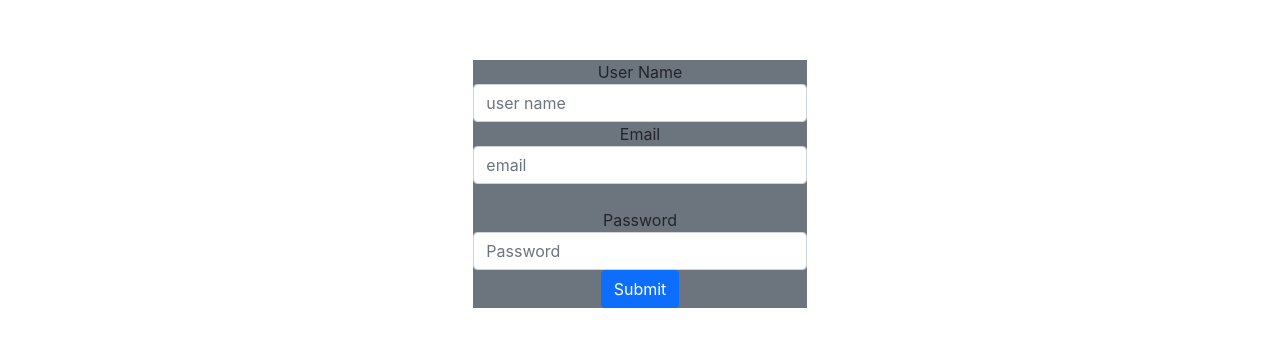
Repository: Osomhe1/bitmama2
Page: /
The author's editor kept a copy of each file at every save. The page is drawn from the files as they stood at one save, then again after the next save.
The browser window is 1280 px wide. The pictures show the whole page.
The project was rebuilt for these pictures with package versions that can differ from the ones it lists, and the page was loaded fresh each time. Also part of the build but not shown: src/component/Logout.js.

Above is the page before, as saved 2022-05-10 18:41:18.

### src/index.js
import React from 'react';
import ReactDOM from 'react-dom/client';
import 'bootstrap/dist/css/bootstrap.min.css';
import './index.css';
import App from './App';
import reportWebVitals from './reportWebVitals';
import { Provider } from 'react-redux';
import store from './redux/store'

const root = ReactDOM.createRoot(document.getElementById('root'));
root.render(
  <React.StrictMode>
    <Provider store={store}>
      <App />
    </Provider>
  </React.StrictMode>
)

// If you want to start measuring performance in your app, pass a function
// to log results (for example: reportWebVitals(console.log))
// or send to an analytics endpoint. Learn more: https://bit.ly/CRA-vitals
reportWebVitals();

### src/App.js
import { useSelector } from 'react-redux';
import './App.css';
import Login from './component/Login';
import Logout from './component/Logout';
import { selectUser } from './featuers/slice';

function App() {

  const user = useSelector(selectUser)

  return <div className='App'>
    {user ? <Logout /> : <Login />}
  </div>
}

export default App;

### src/redux/store.js
import { configureStore } from "@reduxjs/toolkit";
import  userReducer  from "../featuers/slice";

export default configureStore({
    reducer:{
        user : userReducer
    },
})

### src/App.css
.App {
  text-align: center;
  max-width: 1000px;
  margin: auto;
}

.login-form{
  margin-top: 60px !important;
  padding: auto !important;

}

.user__name{
  color: blueviolet !important;
}

### src/component/Login.js
import React, { useState } from 'react'
import { useDispatch } from 'react-redux'
import { login } from '../featuers/slice'

 function Login() {

    const [name, setName] = useState('')
    const [email, setEmail] = useState('')
    const [password, setPassword] = useState('')

    const dispatch = useDispatch();

    const handleSubmit =(e) =>{
        e.preventDefault();
        dispatch(login({
            name:name,
            email:email,
            password:password,
            loggedIn:true

        }))
        console.log(email, 'email')
        console.log(name, 'name')
        alert(handleSubmit, 'submit')

    }

  return (
    <div>
      <form
        // onSubmit={handleSubmit}
        className='col-sm-12 col-md-6 col-lg-4 m-auto mt-10 bg-secondary login-form'
      >
        <div className='form-group'>
          <label htmlFor='inputnameLabel'>User Name</label>
          <input
            type='name'
            className='form-control'
            id='inputname'
            aria-describedby='emailHelp'
            placeholder='user name'
            required
            value={name}
            onChange={(e) => setName(e.target.value)}
          />
        </div>
        <div>
          <label htmlFor='inputUser_nameLabel'>Email</label>
          <input
            type='email'
            required
            className='form-control'
            id='inputEmail'
            aria-describedby='emailHelp'
            placeholder='email'
            value={email}
            onChange={(e) => setEmail(e.target.value)}
          />
          <small id='emailHelp' className='form-text text-muted'>
            We'll never share your email with anyone else.
          </small>
        </div>
        <div className='form-group'>
          <label htmlFor='inputPasswordLabel'>Password</label>
          <input
            type='password'
            className='form-control'
            id='inputPassword'
            placeholder='Password'
            value={password}
            onChange={(e) => setPassword(e.target.value)}
          />
        </div>

        <button
          type='submit'
        //   onSubmit={handleSubmit}
        onClick={handleSubmit}
          className='btn btn-primary'
        >
          Submit
        </button>
      </form>
    </div>
  )
}


export default Login

### src/featuers/slice.js
import { createSlice } from "@reduxjs/toolkit";

export const userSlice = createSlice({
    name:'user',
    initialState:{
        user:null
    },
    reducers:{
        login:(state, action) =>{
            state.user = action.payload
        },
        logout:(state) =>{
            state.user = null
        }
    }
})

export const { login , logout} = userSlice.actions;

export const selectUser = (state) => state.user.user;
export default userSlice.reducer;

Loaded but not shown: public/index.html (common file); src/index.css (common file); src/reportWebVitals.js (common file)

After the next save:
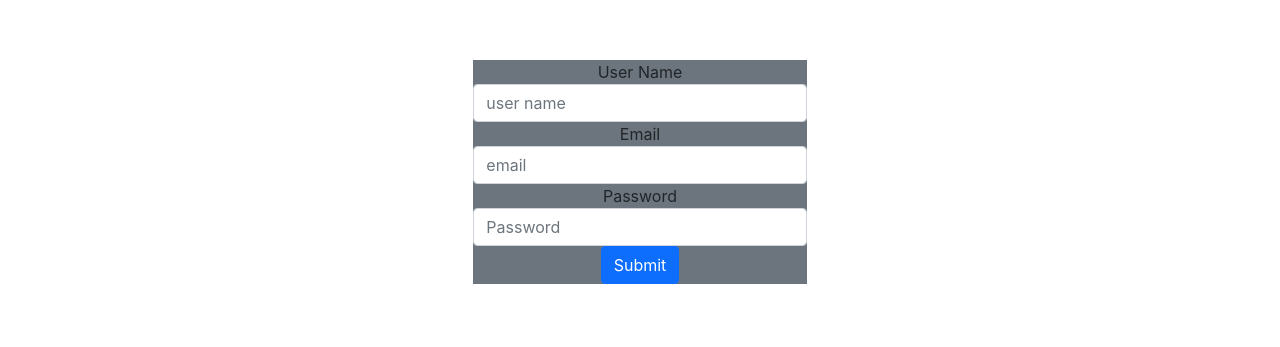
Saved 9 s later.
--- a/src/component/Login.js
+++ b/src/component/Login.js
@@ -56,9 +56,7 @@ import { login } from '../featuers/slice'
             value={email}
             onChange={(e) => setEmail(e.target.value)}
           />
-          <small id='emailHelp' className='form-text text-muted'>
-            We'll never share your email with anyone else.
-          </small>
+
         </div>
         <div className='form-group'>
           <label htmlFor='inputPasswordLabel'>Password</label>
